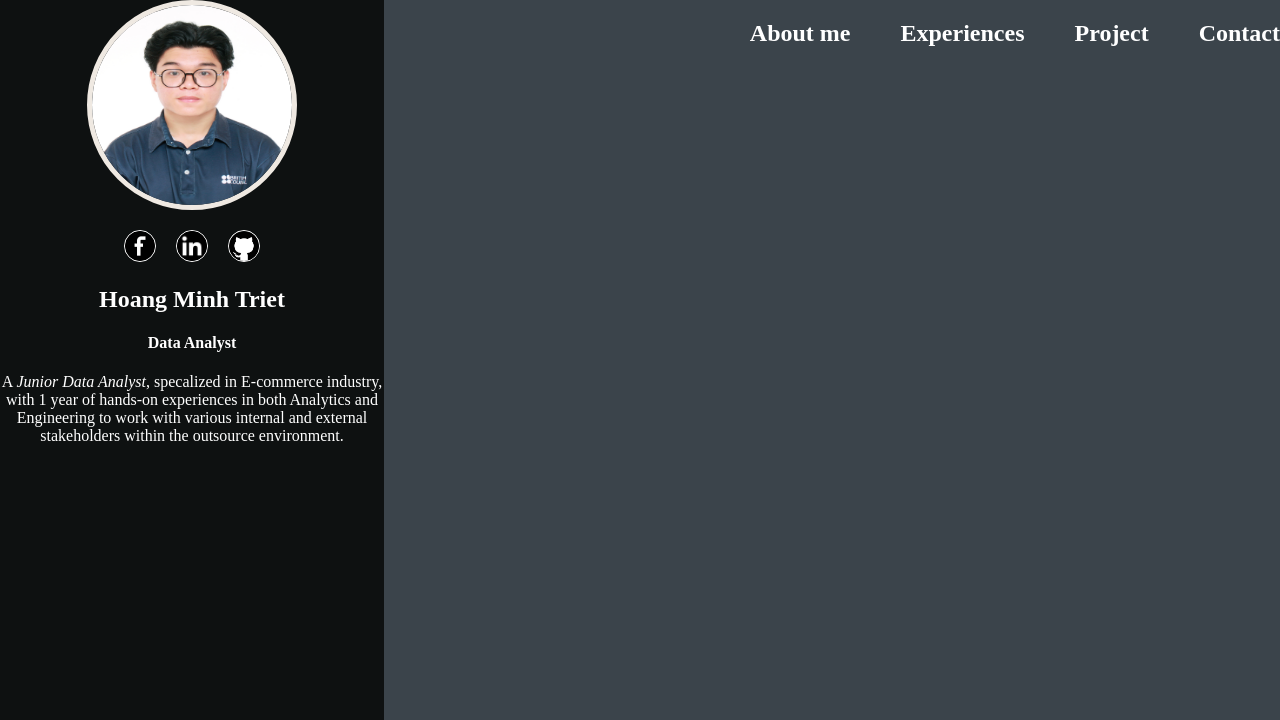
Repository: MinnTrit/personal_website
Page: http://localhost/
An editor plug-in stored every save of this project. The page is shown before and after the next save, followed by the edit.
The browser window is 1280 px wide. The pictures show the whole page.
The page is served by the project's application, run on Flask 3 (app.py).

Above is the page before, as saved 2025-01-29 00:08:58.

After the next save:
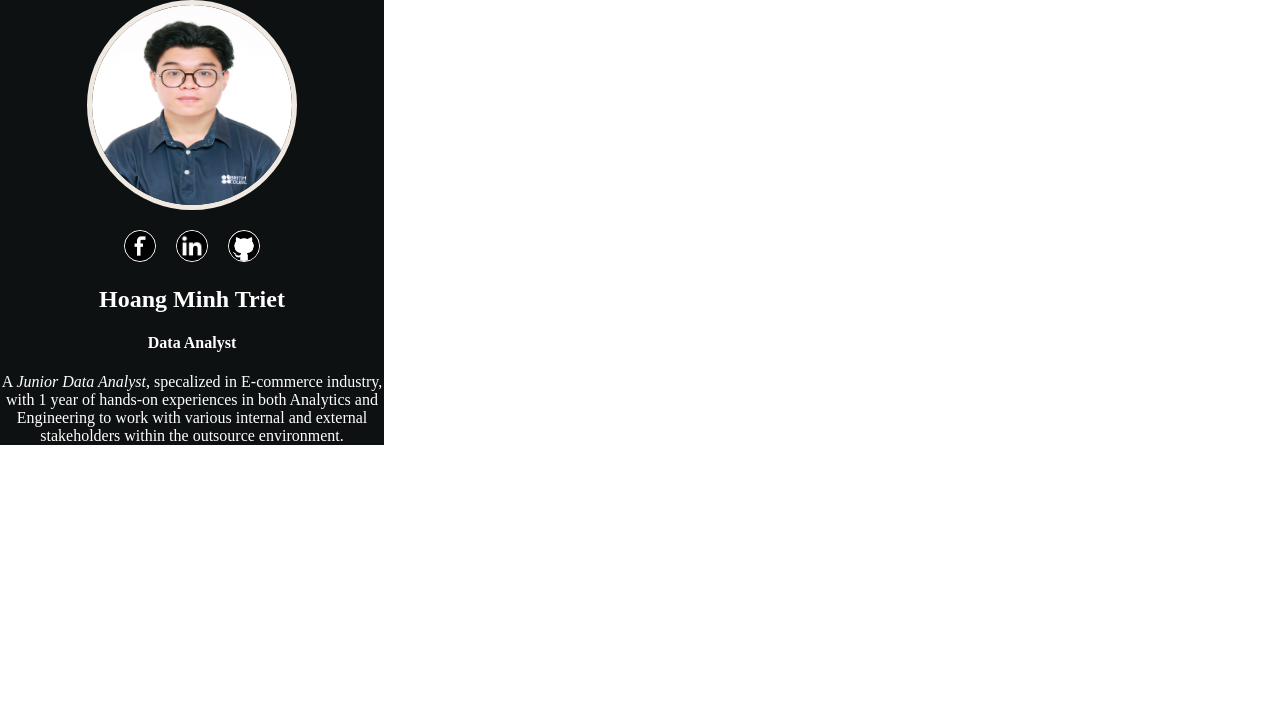
Saved 9 h 22 min later.
--- a/templates/index.html
+++ b/templates/index.html
@@ -7,19 +7,8 @@
     <title>Data Engineer - Hoang Minh Triet</title>
 </head>
 <body>
-    <div class="sections">
-        <section class="aboutMe">
-            <h2>About me</h2>
-        </section>
-        <section class="experiences">
-            <h2>Experiences</h2>
-        </section>
-        <section class="projects">
-            <h2>Project</h2>
-        </section>
-        <section class="contact">
-            <h2>Contact</h2>
-        </section>
+    <nav class="navbar">
+
     </div>
     <div class="picture">
         <img src="{{ url_for('static', filename='imgs/personal_image.jpg') }}" alt="personalImage">
